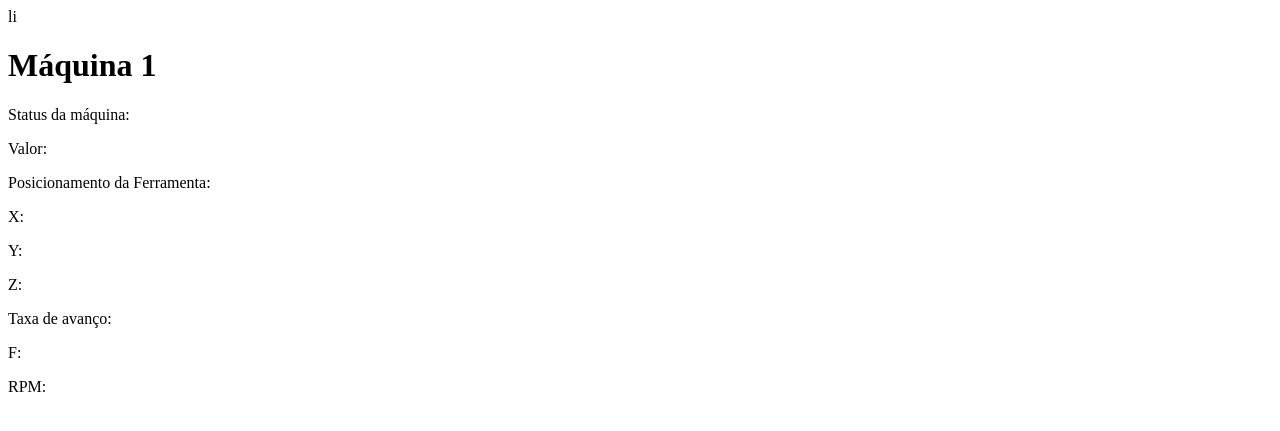
Repository: Murilo-Herrick/Dados-Faculdade
Page: Faculdade - SENAI/1º Semestre/Projeto Integrador/Desenvolvimento/WEB/Monitoramento_CNC_V0.2/TelaPrincipal.html
An editor plug-in stored every save of this project. The page is shown before and after the next save, followed by the edit.
The browser window is 1280 px wide. The pictures show the whole page.

Above is the page before, as saved 2024-05-17 00:43:10.

### Faculdade - SENAI/1º Semestre/Projeto Integrador/Desenvolvimento/WEB/Monitoramento_CNC_V0.2/TelaPrincipal.html
<!DOCTYPE html>
<html lang="pt_">
<head>
    <meta charset="UTF-8">
    <meta name="viewport" content="width=device-width, initial-scale=1.0">
    <title>Máquina CNC</title>
    li
</head>
<body>
    <h1>Máquina 1</h1>
    <div id="statusMaquina">
        <label for="status">Status da máquina: </label>
        <p id="valorDoStatus">Valor: </p>
    </div>
    <div id="posicionamentoFerramenta">
        <label for="posicionamento">Posicionamento da Ferramenta: </label>
        <p id="eixo_X">X: </p>
        <p id="eixo_Y">Y: </p>
        <p id="eixo_Z">Z: </p>
    </div>
    <div id="taxaDeAvanco">
        <label for="taxaAvanco">Taxa de avanço: </label>
        <p id="valorAvanco">F: </p>
    </div>
    <div id="rpmMaquina">
        <label for="rpm">RPM: </label>
        <p id="valorRPM"> </p>
    </div>
</body>
</html>

### Faculdade - SENAI/1º Semestre/Projeto Integrador/Desenvolvimento/WEB/Monitoramento_CNC_V0.2/css/TelaPrincipal.css
#

After the next save:
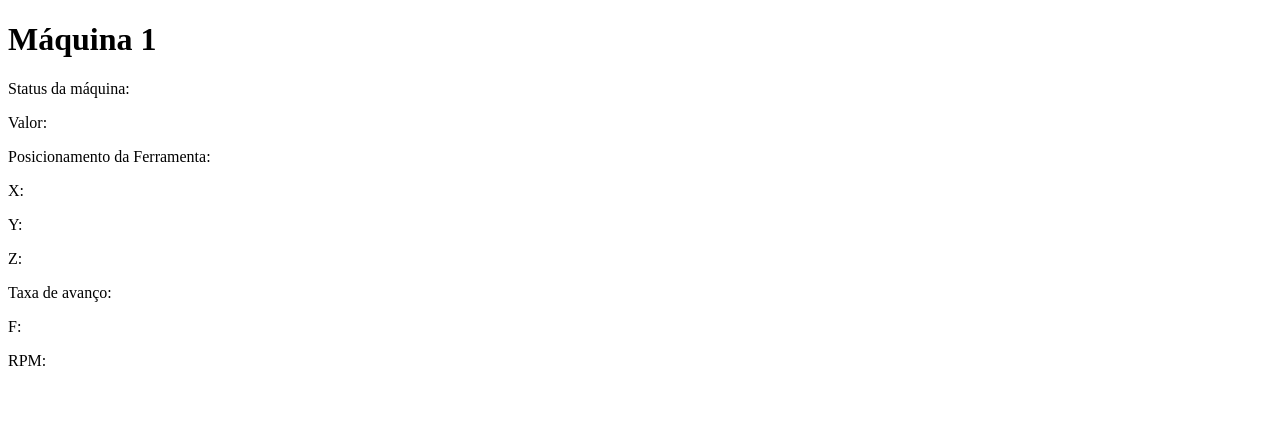
Saved 8 s later.
--- a/Faculdade - SENAI/1º Semestre/Projeto Integrador/Desenvolvimento/WEB/Monitoramento_CNC_V0.2/TelaPrincipal.html
+++ b/Faculdade - SENAI/1º Semestre/Projeto Integrador/Desenvolvimento/WEB/Monitoramento_CNC_V0.2/TelaPrincipal.html
@@ -4,7 +4,7 @@
     <meta charset="UTF-8">
     <meta name="viewport" content="width=device-width, initial-scale=1.0">
     <title>Máquina CNC</title>
-    li
+    <link rel="stylesheet" href="css/TelaPrincipal.css">
 </head>
 <body>
     <h1>Máquina 1</h1>
@@ -26,5 +26,6 @@
         <label for="rpm">RPM: </label>
         <p id="valorRPM"> </p>
     </div>
+    <script></script>
 </body>
 </html>
